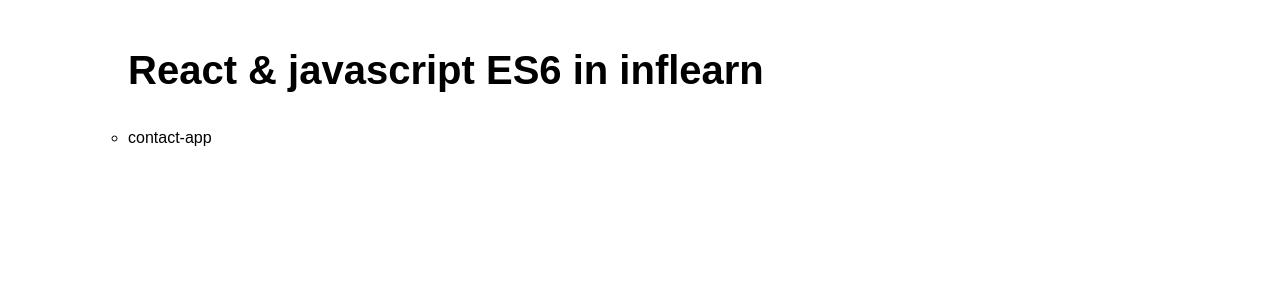
Repository: Hjinyyyy/react_beginner
Page: index.html
The author's editor kept a copy of each file at every save. The page is drawn from the files as they stood at one save, then again after the next save.
The browser window is 1280 px wide. The pictures show the whole page.

Above is the page before, as saved 2021-10-26 14:30:12.

### index.html
<!DOCTYPE HTML>
<html lang="ko">
<head>
<meta charset="utf-8">
<meta http-equiv="Content-Type" content="text/html; charset=utf-8">
<meta http-equiv="X-UA-Compatible" content="IE=edge">
<meta http-equiv="Content-Security-Policy" content="upgrade-insecure-requests">
<meta name="viewport" content="initial-scale=1.0, width=device-width">

<title>React beginner</title>
<meta name="keywords" content="">
<meta name="description" content="">

<meta property="og:type" content="website">
<meta property="og:title" content="">
<meta property="og:description" content="">
<meta property="og:url" content="">
<meta property="og:image" content="">

<link rel="icon" href="../images/favicon.ico" type="image/x-icon">
<link rel="shortcut icon" href="#" type="image/x-icon">

<!-- PAGE CSS -->
<link rel="preconnect" href="https://fonts.gstatic.com">
<link href="https://fonts.googleapis.com/css2?family=Montserrat:wght@300;400;700&family=Noto+Sans+KR:wght@300;400;500;700&display=swap" rel="stylesheet">
<link href="/css/reset.css" rel="stylesheet">
<link href="/css/default.css" rel="stylesheet">

<!-- JS -->
</head>
<body>
<div class="wrap">
    <h2>React & javascript ES6 in inflearn</h2>
    <ul>
        <li><a href="https://hjinyyyy.github.io/react_beginner/contact-app">contact-app</a></li>
    </ul>
</div>
</body>
</html>

### css/reset.css
@charset "utf-8";

html, body, div, span, applet, object, iframe,
h1, h2, h3, h4, h5, h6, p, blockquote, pre,
a, abbr, acronym, address, big, cite, code,
del, dfn, em, img, ins, kbd, q, s, samp,
small, strike, strong, sub, sup, tt, var,
b, u, i, center,
dl, dt, dd, ol, ul, li,
fieldset, form, label, legend,
table, caption, tbody, tfoot, thead, tr, th, td,
article, aside, canvas, details, embed,
figure, figcaption, footer, header, hgroup,
menu, nav, output, ruby, section, summary,
time, mark, audio, video {
    margin: 0;
    padding: 0;
    border: 0;
    font-size: 100%;
    font: inherit;
    -webkit-tap-highlight-color:rgba(255,255,255,0);
    -moz-tap-highlight-color:rgba(255,255,255,0);
    box-sizing:border-box;
}
body {
    line-height: 1;
    -webkit-overflow-scrolling:touch;
}
article, aside, details, figcaption, figure, footer, header, menu, nav, section {
    display: block;
}
html {
    font-family:sans-serif;
    -ms-text-size-adjust:100%; /* ie */
    -webkit-text-size-adjust:100%; /* IOS */
    -moz-text-size-adjust:100%;
    text-size-adjust:100%;
}
ol, ul {
    list-style: none;
}
blockquote:before, blockquote:after, q:before, q:after {
    content: '';
    content: none;
}
table {
    border-collapse: collapse;
    border-spacing: 0;
}
img {
    vertical-align:middle;
    border:0;
}
a {
    font-family:inherit;
    color:inherit;
    text-decoration:none;
}
.clearfix:after {
    content:'';
    clear:both;
    display:block;
}
button, input, optgroup, select, textarea {
    color: inherit;
    font: inherit;
    margin: 0;
}
textarea, select  {
    appearance:none;
    -webkit-appearance:none;
    -moz-appearance:none;
    border-radius:0;
    -webkit-border-radius:0;
    box-sizing:border-box;
    -webkit-box-sizing:border-box;
}
input {
    line-height:normal;
    border-radius:0;
    -webkit-border-radius:0;
    box-sizing:border-box;
    -webkit-box-sizing:border-box;
}
input[type="text"], input[type="password"], input[type="tel"], input[type="url"], input[type="email"], input[type="number"] {
    appearance:none;
    -webkit-appearance:none;
    -moz-appearance:none;
    border-radius:0;
    -webkit-border-radius:0;
}
input[type="checkbox"], input[type="radio"] {
    box-sizing: border-box;
    padding: 0;
}
button, input[type="button"] {
    background:none;
    border:none;
    padding:0;
    margin:0;
    appearance:none;
    -webkit-appearance:none;
    -moz-appearance:none;
    border-radius:0;
    -webkit-border-radius:0;
    cursor:pointer;
}
button[disabled], input[disabled] {
    cursor: default;
}

### css/default.css
.wrap { margin: 50px auto; width: 80%; }
.wrap h2 { font-size: 2.5rem; font-weight: 600; }
.wrap ul { margin: 40px 0 0; }
.wrap li { list-style: circle; margin: 20px 0 0; }
.wrap li:first-child { margin: 0; }

After the next save:
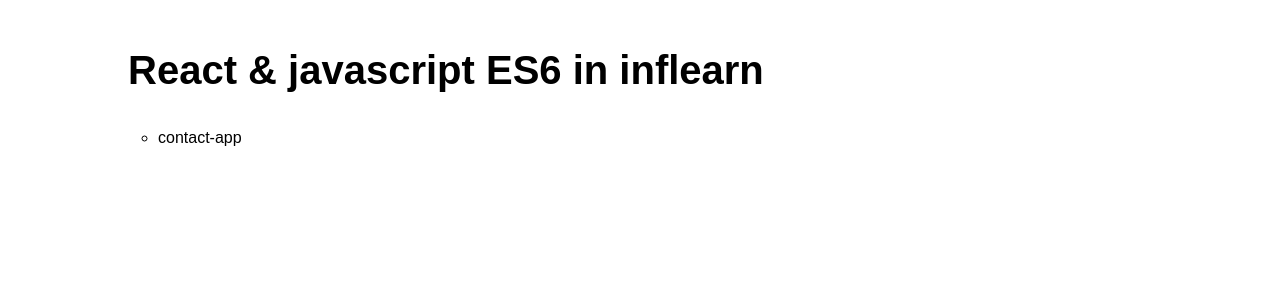
Saved 41 s later.
--- a/css/default.css
+++ b/css/default.css
@@ -1,5 +1,5 @@
 .wrap { margin: 50px auto; width: 80%; }
 .wrap h2 { font-size: 2.5rem; font-weight: 600; }
 .wrap ul { margin: 40px 0 0; }
-.wrap li { list-style: circle; margin: 20px 0 0; }
-.wrap li:first-child { margin: 0; }
+.wrap li { list-style: circle; margin: 20px 0 0 30px; }
+.wrap li:first-child { margin: 0 0 0 30px; }
